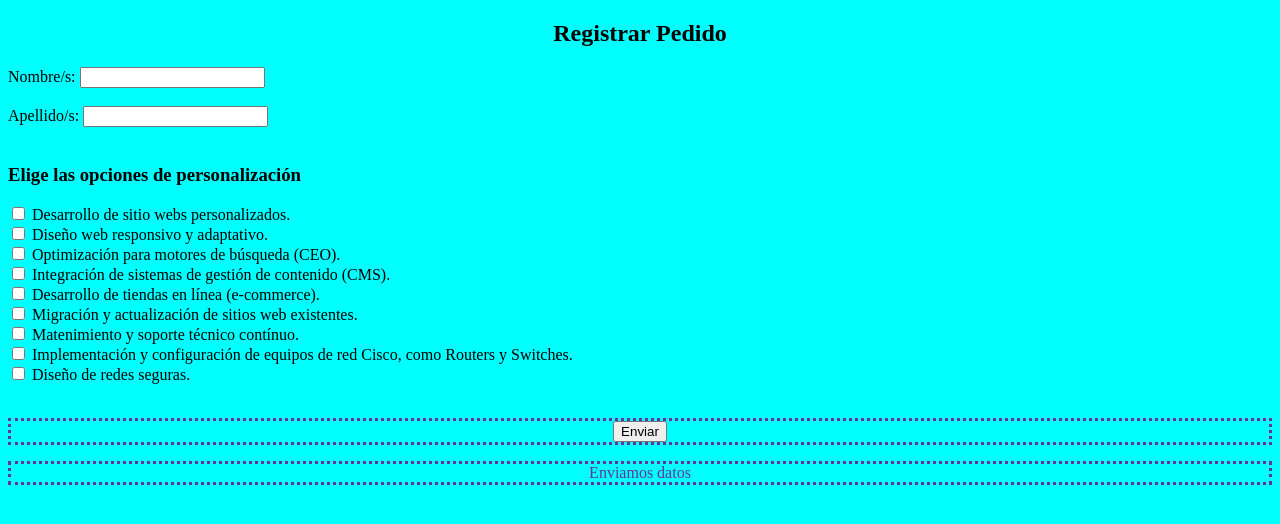
Repository: UVMCoyoacan/VEFY
Page: enviadatos.html
The author's editor kept a copy of each file at every save. The page is drawn from the files as they stood at one save, then again after the next save.
The browser window is 1280 px wide. The pictures show the whole page.

Above is the page before, as saved 2024-03-01 18:59:23.

### enviadatos.html
<!DOCTYPE html>
<html>
  <head>
    <link rel="stylesheet" href="estilo.css"/>
    <meta charset="utf-8" />
  </head>
<body>

<h2>Registrar Pedido</h2>

<form name="enviaD" action="recibedatos.html" method="get">

  <label for="fname">Nombre/s:</label>
  <input type="text" id="fname" name="fname"><br><br>
  <label for="lname">Apellido/s:</label>
  <input type="text" id="lname" name="lname"><br><br>

  <h3><label for="Personalizado"> Elige las opciones de personalización</label></h3>
  <input type="checkbox" id="serv1" name="servicios" value="servicio1"> Desarrollo de sitio webs personalizados. <br>
  <input type="checkbox" id="serv2" name="servicios" value="servicio2"> Diseño web responsivo y adaptativo. <br>
  <input type="checkbox" id="serv3" name="servicios" value="servicio3"> Optimización para motores de búsqueda (CEO). <br>
  <input type="checkbox" id="serv4" name="servicios" value="servicio4"> Integración de sistemas de gestión de contenido (CMS). <br>
  <input type="checkbox" id="serv5" name="servicios" value="servicio5"> Desarrollo de tiendas en línea (e-commerce). <br>
  <input type="checkbox" id="serv6" name="servicios" value="servicio6"> Migración y actualización de sitios web existentes. <br>
  <input type="checkbox" id="serv7" name="servicios" value="servicio7"> Matenimiento y soporte técnico contínuo. <br>
  <input type="checkbox" id="serv8" name="servicios" value="servicio8"> Implementación y configuración de equipos de red Cisco, como Routers y Switches. <br>
  <input type="checkbox" id="serv9" name="servicios" value="servicio9"> Diseño de redes seguras. <br>

  <br>

  <p>
    <input type="submit" value="Enviar"/>
  </p>

</form>

<p>Enviamos datos</p>

</body>
</html>

### estilo.css
h1{
    color: chocolate;
    text-align: center;
    border-style: mix;
}
p{
    text-align: center;
    color:rebeccapurple;
    border-style: dotted;
}

ol{
    text-align: center;
    color:rgb(0, 0, 0);
    border-style: groove;

}

ul{
    text-align: center;
    color: rgb(0, 0, 0);
    border-style: ridge;
}

h2{
    color: rgb(0, 0, 0) ;
    text-align: center;
    border-style: mix;
}

a{
    text-align: center;
}

body{
    background-color: aqua;
}

footer{
    color:beige;
    background-color: blueviolet;
}
button {
    border: none;
    color: rgb(47, 191, 59);
    padding: 15px 32px;
    text-align: center;
    text-decoration: none;
    display: inline-block;
    font-size: 16px;
    margin: 4px 2px;
    cursor: pointer;
  }
  div{
    text-align: center;
  }

After the next save:
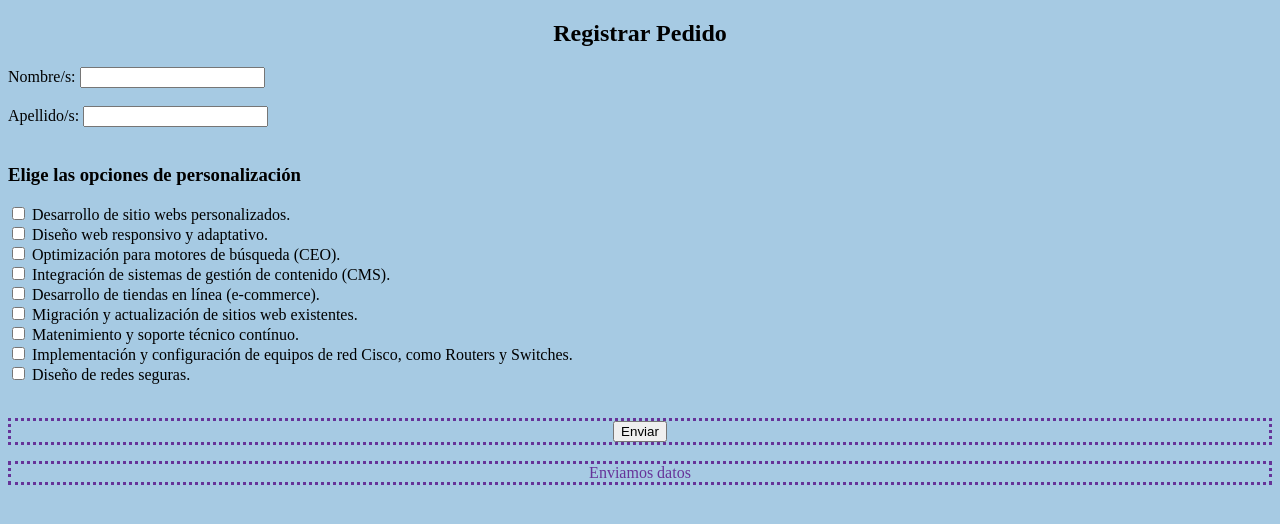
Saved 5 min 28 s later.
--- a/estilo.css
+++ b/estilo.css
@@ -33,7 +33,7 @@ a{
 }
 
 body{
-    background-color: aqua;
+    background-color: #a6cae3;
 }
 
 footer{
